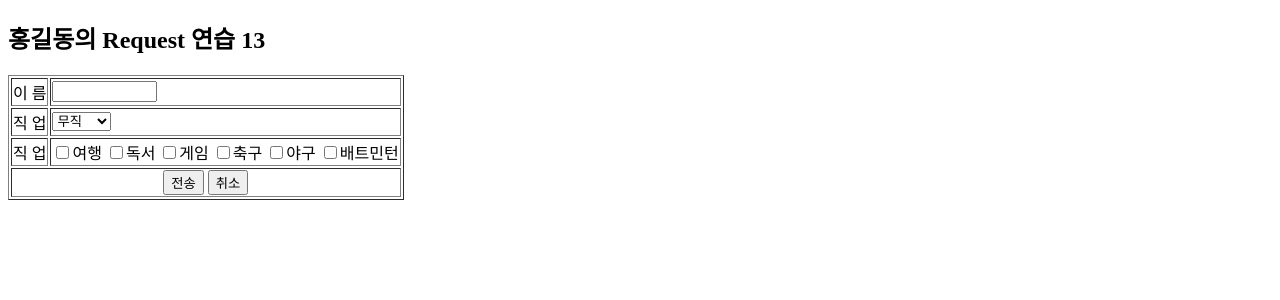
Repository: kdh4357065/3_highjava
Page: http://localhost/webTest/basic/reqNresp/requestTest01.jsp
The author's editor kept a copy of each file at every save. The page is drawn from the files as they stood at one save, then again after the next save.
The browser window is 1280 px wide. The pictures show the whole page.
The page is served by Tomcat 9. Other server files are loaded and not shown.

Above is the page before, as saved 2023-03-28 02:42:22.

### WorkSpace/webTest/src/main/webapp/basic/reqNresp/requestTest01.jsp
<%@ page language="java" contentType="text/html; charset=UTF-8"
    pageEncoding="UTF-8"%>
<!DOCTYPE html>
<html>
<head>
<!--
	HTML주석
 -->

<%--
	이것은 JSP주석입니다.
--%>

<%
	//이 영역은 JSP문서에서 JAVA명령을 사용할 수 있는 영역으로 '스크립트릿'이라고 한다.
	String name = "홍길동";
%>
<meta charset="UTF-8">
<title>Insert title here</title>
</head>
<body>
<%--

<%=변수 또는 수식 %> ==> JSP에서 변수에 저장된 값이나 수식의 결과를 출력할 때 사용한다.

--%>

<!--
	<form>태그의 속성
	1) action ==> <form>태그 영역에서 구성한 데이터를 받아서 처리할 문서명 또는 서블릿 URL
	2) method ==> 전송방식(GET, POST) ==> 기본값 : GET
	3) target ==> 응답이 나타날 프레임명
	4) enctype ==> 인코딩 방식(서버로 파일을 전송할 때는 이 속성에 'multipart/form-data'로 지정해야 한다.)
-->

<h2><%=name %>의 Request 연습 <%=3 * 2 + 7 %></h2>
<form action="/webTest/requestTest01.do" method="get">
<table border="1">
<tr>
	<td>이 름</td>
	<td><input type="text" size="10" name="username"></td>
</tr>

<tr>
	<td>직 업</td>
	<td>
		<select name="job">
			<option value="무직">무직</oprtion>
			<option value="회사원">회사원</oprtion>
			<option value="전문직">전문직</oprtion>
			<option value="학생">학생</option>
		</select>
	</td>
</tr>

<tr>
	<td>직 업</td>
	<td>
		<input type="checkbox" name="hobby" value="여행">여행
		<input type="checkbox" name="hobby" value="독서">독서
		<input type="checkbox" name="hobby" value="게임">게임
		<input type="checkbox" name="hobby" value="축구">축구
		<input type="checkbox" name="hobby" value="야구">야구
		<input type="checkbox" name="hobby" value="배트민턴">배트민턴
	</td>
</tr>

<tr>
	<td colspan="2" style="text-align:center;">
		<input type="submit" value="전송">
		<input type="reset" value="취소">
	</td>
</tr>

</table>
</form>

</body>
</html>

After the next save:
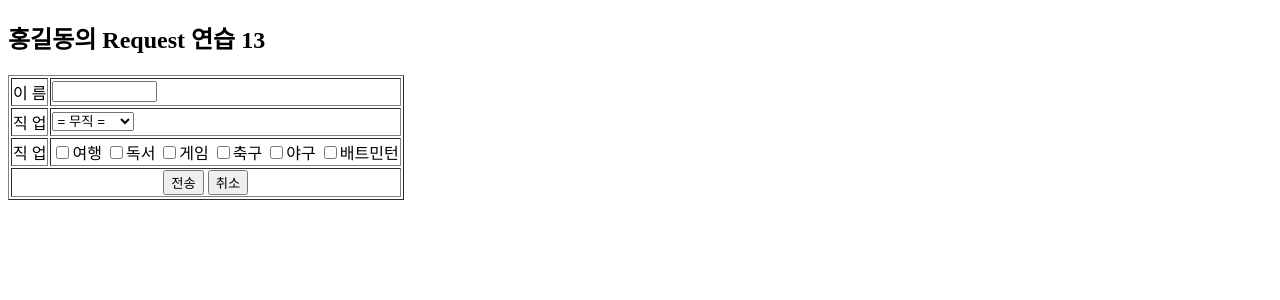
Saved 87 s later.
--- a/WorkSpace/webTest/src/main/webapp/basic/reqNresp/requestTest01.jsp
+++ b/WorkSpace/webTest/src/main/webapp/basic/reqNresp/requestTest01.jsp
@@ -45,10 +45,10 @@
 	<td>직 업</td>
 	<td>
 		<select name="job">
-			<option value="무직">무직</oprtion>
-			<option value="회사원">회사원</oprtion>
-			<option value="전문직">전문직</oprtion>
-			<option value="학생">학생</option>
+			<option value="무직">= 무직 =</oprtion>
+			<option value="회사원">= 회사원 =</oprtion>
+			<option value="전문직">= 전문직 =</oprtion>
+			<option value="학생">= 학생 =</option>
 		</select>
 	</td>
 </tr>
